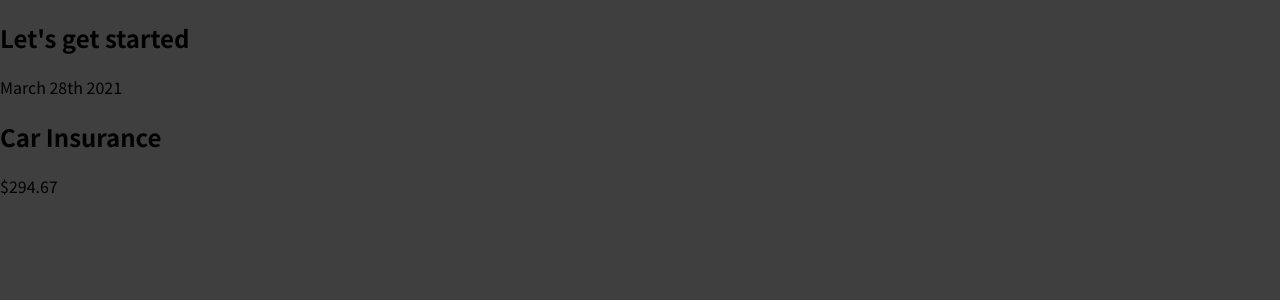
Repository: runner855/expense-tracker
Page: /
The author's editor kept a copy of each file at every save. The page is drawn from the files as they stood at one save, then again after the next save.
The browser window is 1280 px wide. The pictures show the whole page.
The project was rebuilt for these pictures with package versions that can differ from the ones it lists, and the page was loaded fresh each time.

Above is the page before, as saved 2022-09-02 11:18:36.

After the next save:
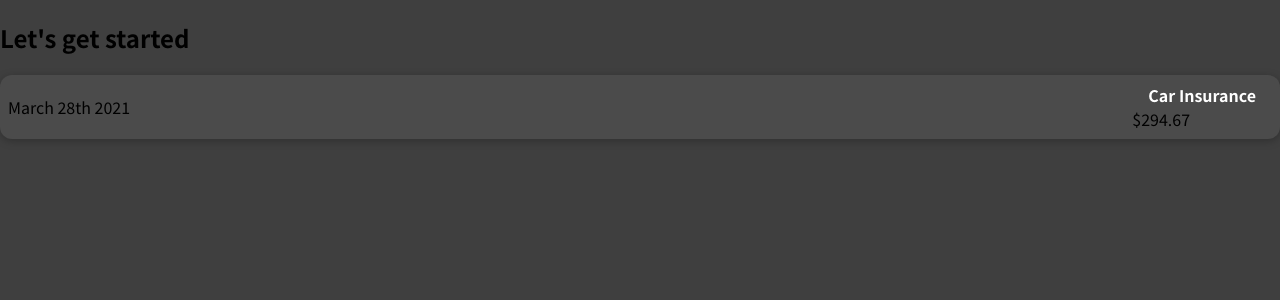
Saved 27 s later.
--- a/src/components/ExpenseItem.js
+++ b/src/components/ExpenseItem.js
@@ -4,7 +4,7 @@ import '../styles/ExpenseItem.css'
 
 const ExpenseItem = () => {
   return (
-    <div>
+    <div className='expense-item'>
       <div>March 28th 2021</div>
       <div>
         <h2>Car Insurance</h2>
